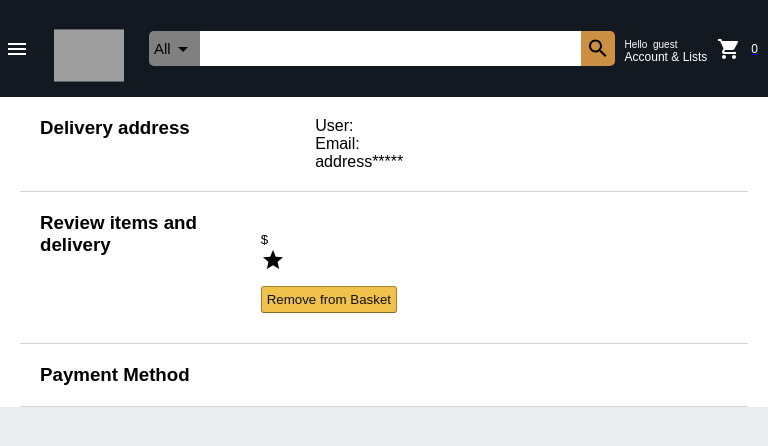
Repository: pinocoding/my-amazon-app
Page: /payment
An editor plug-in stored every save of this project. The page is shown before and after the next save, followed by the edit.
The browser window is 768 px wide. The pictures show the whole page.
Pictures or frames that could not be fetched are drawn as grey boxes. The page's requests for data from a server got no answer. Some web fonts or font styles are not loaded; a fallback is used. The project was rebuilt for these pictures with package versions that can differ from the ones it lists, and the page was loaded fresh each time. No one was signed in, and anything a server would have sent is missing. Also part of the build but not shown: src/components/Admin/admin.css, src/components/Admin/Admin.js, src/components/AuthForm/AuthStyle.css, src/components/AuthForm/AuthForm.js, src/components/Pagination/Paginationbutton.js, src/components/Products/IndividualProduct.js, src/components/Products/Product.css, src/components/Products/ProductCard.js and 30 more.

Above is the page before, as saved 2022-07-29 15:15:11.

After the next save:
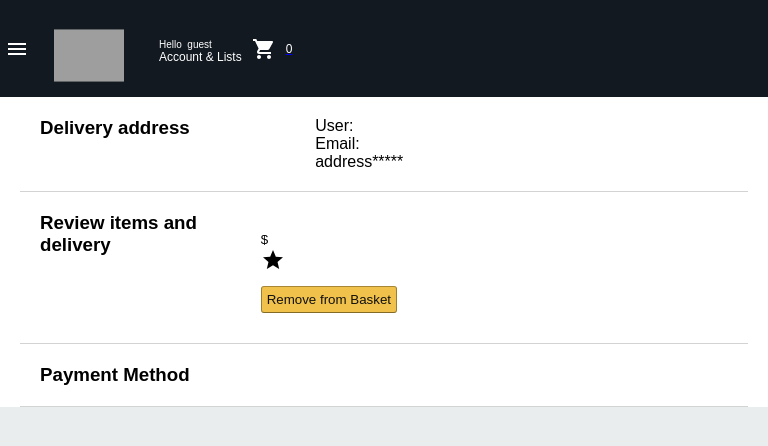
Saved 37 s later.
--- a/src/components/Header/Header.css
+++ b/src/components/Header/Header.css
@@ -281,13 +281,13 @@ font-size: 10px;
     width: 100%;
 
   }
-  /* .header__search {
+  .header__search {
 
     display:none;
 
 
-} */
-
-
-
-}
+}
+
+
+
+}
